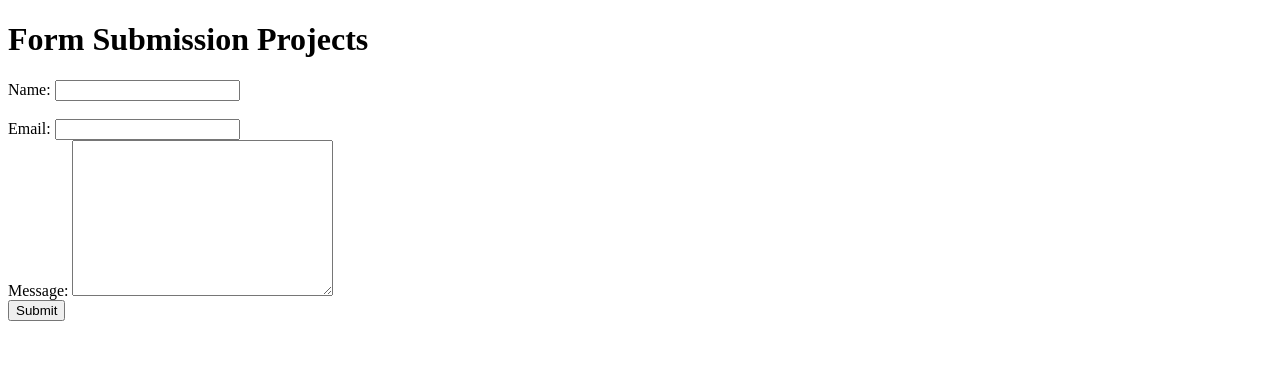
Repository: labib108/ostad-php
Page: projects/formSubmission/index.html
An editor plug-in stored every save of this project. The page is shown before and after a run of saves, followed by the edit.
The browser window is 1280 px wide. The pictures show the whole page.

Above is the page before, as saved 2023-03-21 13:30:48.

After the next 2 saves:
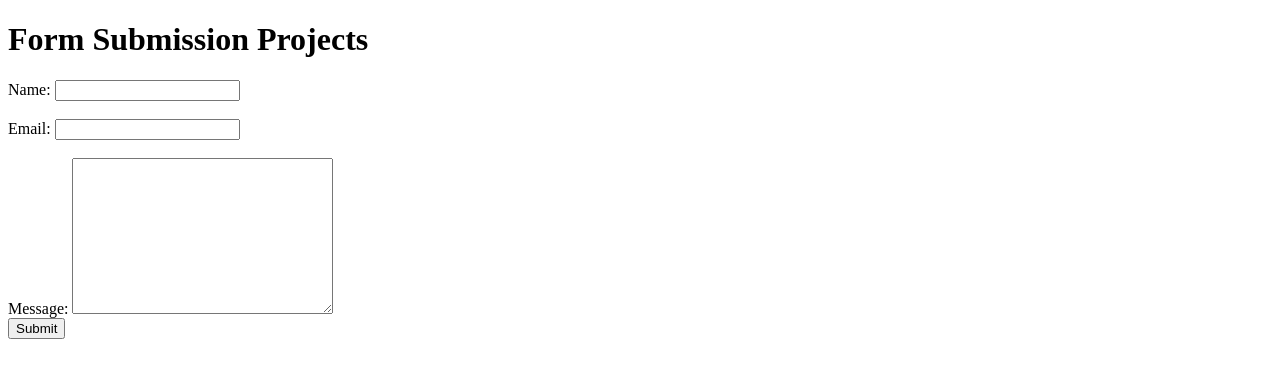
The 2 saves are shown as one change because they came seconds apart.
The last was saved 7 s later.
--- a/projects/formSubmission/index.html
+++ b/projects/formSubmission/index.html
@@ -12,7 +12,7 @@
         <label for="name">Name:</label>
         <input type="text" name="name" id="name"><br><br>
         <label for="email">Email:</label>
-        <input type="email" name="email" id="email"><br>
+        <input type="email" name="email" id="email"><br><br>
         <label for="message">Message:</label>
         <textarea name="message" id="message" cols="30" rows="10"></textarea><br>
         <input type="submit" value="Submit">
